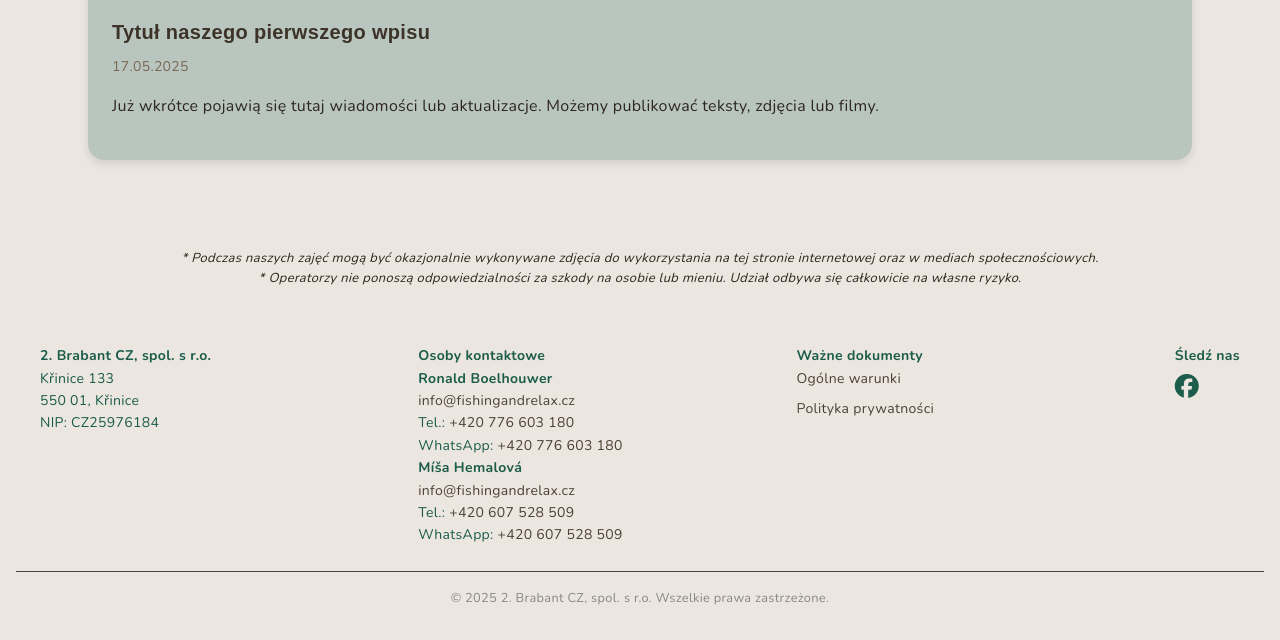
Repository: DanielleFiene/FishingAndRelax
Page: pl/nowosci.html
These files come from the project's save history. The page is drawn as it stood at one moment and after the next save; the edit follows.
The browser window is 1280 px wide. The pictures show the part of the page from y = 2232 to 2898 px (the page is 2872 px tall before and 2898 px after).
Some web fonts or font styles are not loaded; a fallback is used. Some web libraries are served in a nearby version.

Above is the page before, as saved 2025-08-09 13:05:00.

After the next save:
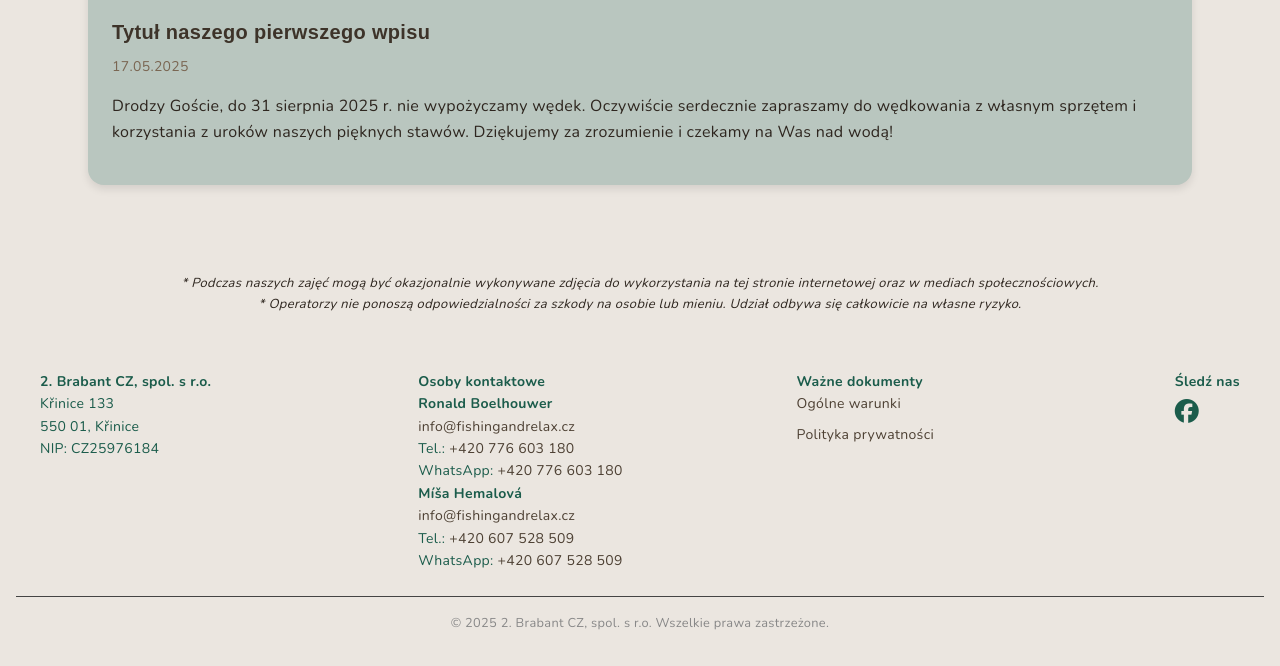
Saved 8 min 0 s later.
--- a/pl/nowosci.html
+++ b/pl/nowosci.html
@@ -103,7 +103,9 @@
       <h3 class="news-item-title">Tytuł naszego pierwszego wpisu</h3>
       <time class="news-item-date" datetime="2025-05-17">17.05.2025</time>
       <p class="news-item-description">
-        Już wkrótce pojawią się tutaj wiadomości lub aktualizacje. Możemy publikować teksty, zdjęcia lub filmy.
+        Drodzy Goście, do 31 sierpnia 2025 r. nie wypożyczamy wędek.
+        Oczywiście serdecznie zapraszamy do wędkowania z własnym sprzętem i korzystania z uroków naszych pięknych stawów.
+        Dziękujemy za zrozumienie i czekamy na Was nad wodą!
       </p>
     </article>
   </div>
